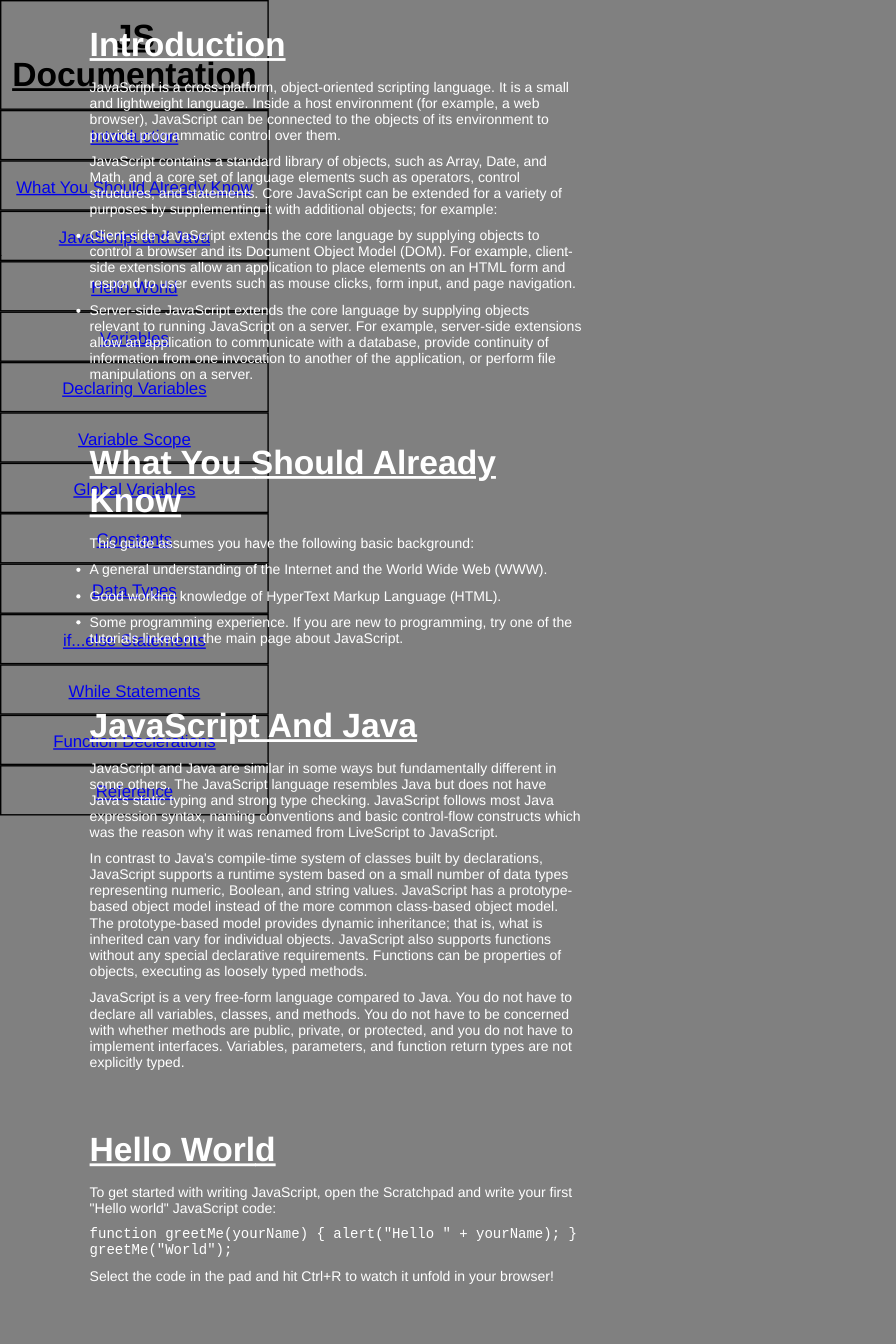
Repository: ctcoleman/technicalDocumentationPage
Page: index.html
An editor plug-in stored every save of this project. The page is shown before and after a run of saves, followed by the edit.
The browser window is 1280 px wide. The pictures show the part of the page from y = 0 to 1920 px (the page is 6342 px tall), at 70% of full size.

Above is the page before, as saved 2020-07-10 20:08:23.

After the next 2 saves:
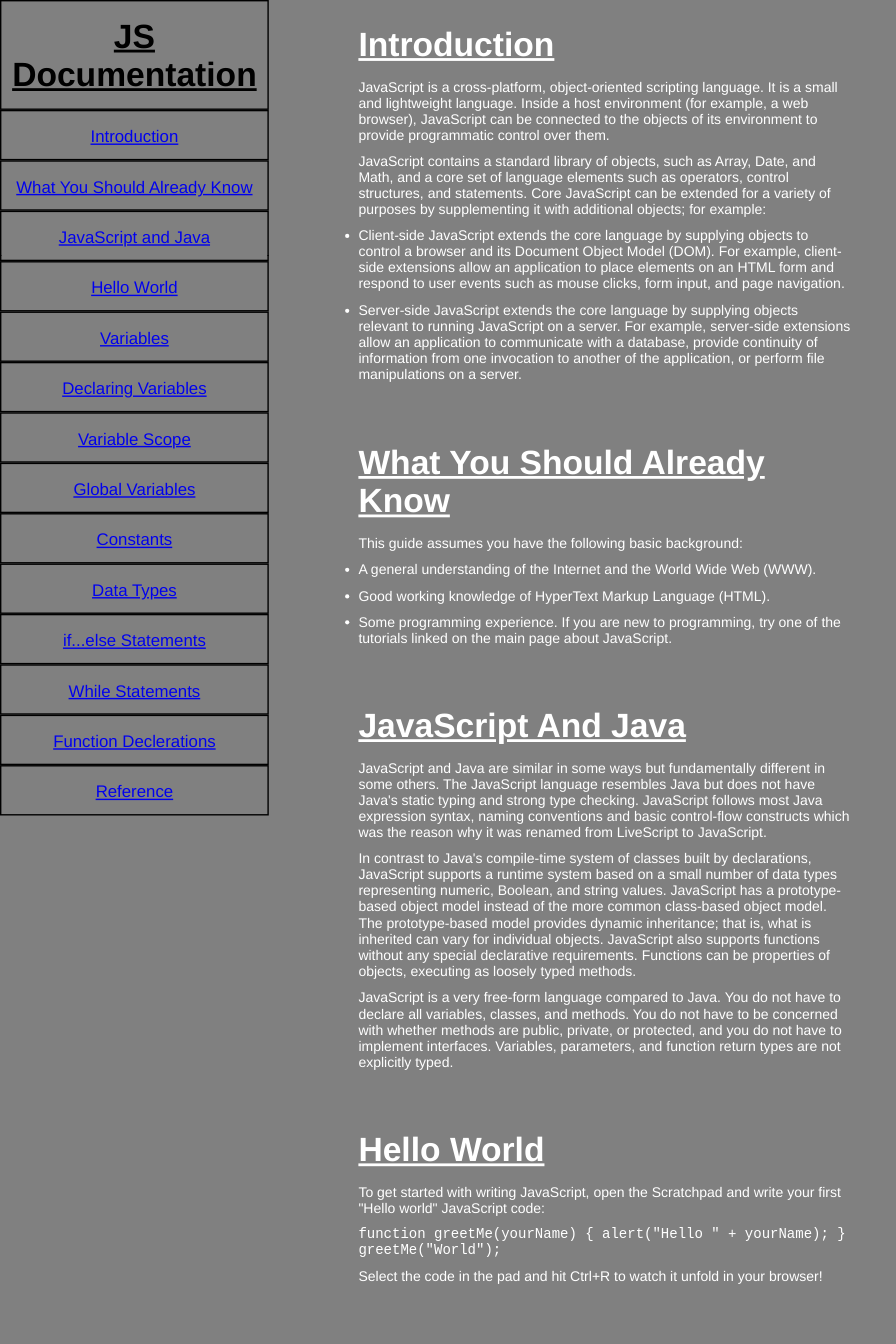
The 2 saves are shown as one change because they came seconds apart.
The last was saved 7 s later.
--- a/assets/stylesheets/style.css
+++ b/assets/stylesheets/style.css
@@ -69,7 +69,7 @@ button {
   position: absolute;
   display: flex;
   flex-direction: column;
-  margin
+  margin-left: 30vw;
 }
 
 .main-section {
